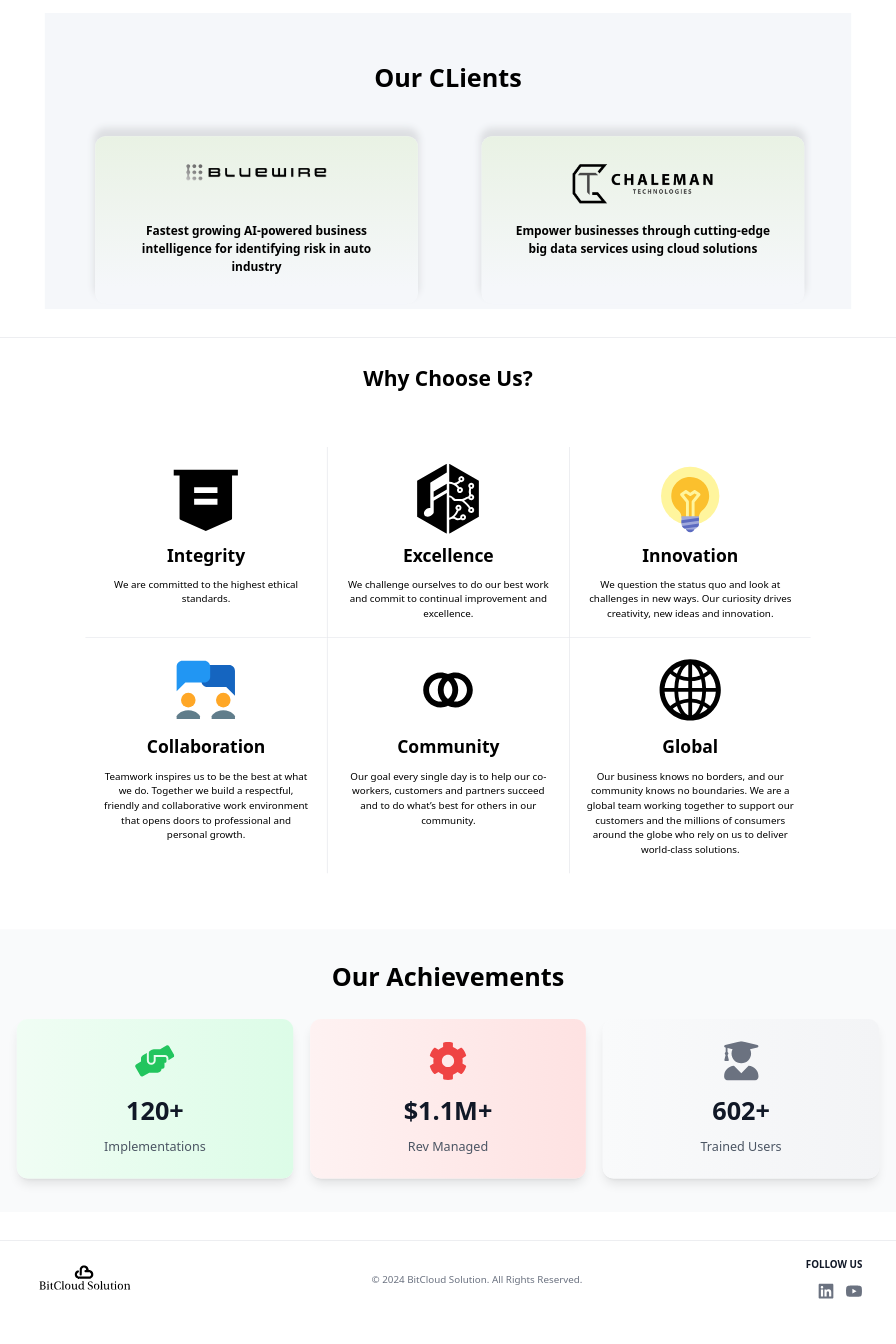
Repository: huzaifaBitCloud/BitCloud-website
Page: /
The author's editor kept a copy of each file at every save. The page is drawn from the files as they stood at one save, then again after the next save.
The browser window is 1280 px wide. The pictures show the part of the page from y = 822 to 2742 px (the page is 2742 px tall), at 70% of full size.
The project was rebuilt for these pictures with package versions that can differ from the ones it lists, and the page was loaded fresh each time. The framework's server and built-in components were replaced by stand-ins that run in the browser. Also part of the build but not shown: next.config.mjs.

Above is the page before, as saved 2025-01-09 17:10:05.

### src/app/page.tsx
import Layout from "@/components/Layout";
// import Hero from "@/components/Hero";
import OurClients from "@/components/OurClients";
import WhyUs from "@/components/WhyUs";
import Footer from "@/components/Footer";
import { ImageCarousel } from "@/components/ImageCarousel";
import Achievements from "@/components/Achievements";

export default function Home() {
  return (
    <Layout>
      <div className="">
        {/* <Hero
          imageUrl="https://static.zohocdn.com/sites/stock-images/images/zpstock-image-37.jpg"
        /> */}
        <ImageCarousel />
      </div>
      <div className="mt-10">
        <OurClients />
      </div>
      <div className="my-10 border-t">
        <WhyUs />
      </div>
      <div className="mt-10">
        <Achievements />
      </div>
      <div className="mt-10 mb-10">
        <Footer />
      </div>
    </Layout>
  );
}

### src/app/globals.css
@tailwind base;
@tailwind components;
@tailwind utilities;

.custom-cards-ourClient {
  box-shadow: 0px -10px 10px 2px rgba(221, 223, 226, 1);
  border-radius: 15px;
  background: linear-gradient(180deg, #e9f2e4 0%, #f5f7fa 90%);
}

:root {
  /* --color-primary: #e9f2e4;
    --color-secondary: #f5f7fa;
*/
  --h-100vh: 100vh;
}

/* ABout CSS */

.btn-about {
  display: inline-block;
  margin: 0 0.625rem;
  padding: 0.3125rem 1.25rem;
  border-radius: 1.25rem;
  background: transparent;
  border: solid 0.0625rem #fff;
  position: relative;
  z-index: 9;
}
.main-hero-about {
  clip-path: polygon(
    50% 0%,
    100% 0,
    100% 35%,
    100% 86%,
    49% 100%,
    0 85%,
    0% 35%,
    0 0
  );
}

/* Services */

.zoomIn {
  -webkit-animation-name: zoomIn;
  animation-name: zoomIn;
  -webkit-animation-duration: 1s;
  animation-duration: 1s;
  -webkit-animation-fill-mode: both;
  animation-fill-mode: both;
}
@-webkit-keyframes zoomIn {
  0% {
    opacity: 0;
    -webkit-transform: scale3d(0.3, 0.3, 0.3);
    transform: scale3d(0.3, 0.3, 0.3);
  }
  50% {
    opacity: 1;
  }
}
@keyframes zoomIn {
  0% {
    opacity: 0;
    -webkit-transform: scale3d(0.3, 0.3, 0.3);
    transform: scale3d(0.3, 0.3, 0.3);
  }
  50% {
    opacity: 1;
  }
}

.card-services {
  border-top: 10px solid transparent;
  transition: border-top-color 0.4s, box-shadow 0.4s;
}

.card-services:hover {
  border-top-color: #2563eb;
  box-shadow: 0px 0px 5px rgba(0, 0, 0, 0.75);
}


@media only screen and (max-width: 760px) {
  .main-hero-about {
    clip-path: polygon(
      50% 0%,
      100% 0,
      100% 35%,
      100% 92%,
      49% 100%,
      0 92%,
      0% 35%,
      0 0
    );
  }
  .main-hero-about {
    height: var(--h-100vh) !important;
  }
  .sub-hero-about {
    text-align: center !important;
    margin: 0 auto !important;
  }
  .mob-btn-about {
    justify-content: center;
  }
  .mob-nav-style{
    position: absolute;
    top: 76%;
    left: 0;
  }
}

### src/components/Layout.tsx
import React from "react";
import { Navbar } from "./Navbar";
// import Footer from "./Footer";

const Layout = ({children}: any) => {
  return (
    <div>
      <Navbar />
      <div className="">{children}</div>
      {/* <Footer /> */}
    </div>
  );
};

export default Layout;

### src/components/OurClients.tsx
import React from "react";

const OurClients = () => {
  const services = [
    {
      id: 1,
      description:
        "Fastest growing AI-powered business intelligence for identifying risk in auto industry",
      icon: "./images/Bluewire-Logo.png", // Use the actual icon component
    },
    {
      id: 2,
      description:
        "Empower businesses through cutting-edge big data services using cloud solutions",
      icon: "./images/chaleman.png",
    },
  ];

  return (
    <section id="services" className="xs:w-full sm:w-full lg:w-[90%] mx-auto my-5 bg-[#f5f7fa] px-4 py-2">
      {/* HEADER AND IMAGE SECTION */}
      <div className="mt-16">
        <div>
          <p className="font-playfair font-semibold text-4xl mb-5 text-center">
            Our <span className="text-yellow">CLients</span>
          </p>
        </div>
      </div>

      {/* SERVICES */}
      <div className="grid grid-cols-1 md:grid-cols-2 justify-around  mt-16 gap-10 md:ml-14">
        {services.map((service) => (
          <div
            key={service.id}
            className="relative text-center p-10 xs:w-full sm:w-full lg:w-[90%] custom-cards-ourClient"
          >
            <div className="z-10">
              <div className="w-full flex justify-center ">
                <div className="w-[200px] h-[70px]">
                  <img
                    src={service.icon}
                    alt="client-img"
                    className="object-contain"
                  />
                </div>
              </div>
              <p className="font-playfair font-semibold text-[17px] flex justify-center mt-3">
                {service.description}
              </p>
            </div>
          </div>
        ))}
      </div>
    </section>
  );
};

export default OurClients;

### src/components/WhyUs.tsx
import React from "react";
import { FcCollaboration } from "react-icons/fc";
import { CgCommunity } from "react-icons/cg";
import { AiOutlineGlobal } from "react-icons/ai";
import { FcIdea } from "react-icons/fc";
import { SiMusicbrainz } from "react-icons/si";
import { RiHonourFill } from "react-icons/ri";

const WhyUs = () => {
  const services = [
    {
      id: 1,
      name: "Integrity",
      description: "We are committed to the highest ethical standards.",
      icon: <RiHonourFill size={100} />,
    },
    {
      id: 2,
      name: "Excellence",
      description:
        "We challenge ourselves to do our best work and commit to continual improvement and excellence.",
      icon: <SiMusicbrainz size={100} />,
    },
    {
      id: 3,
      name: "Innovation",
      description:
        "We question the status quo and look at challenges in new ways. Our curiosity drives creativity, new ideas and innovation.",
      icon: <FcIdea size={100} />,
    },
    {
      id: 4,
      name: "Collaboration",
      description:
        "Teamwork inspires us to be the best at what we do. Together we build a respectful, friendly and collaborative work environment that opens doors to professional and personal growth.",
      icon: <FcCollaboration size={100} />,
    },
    {
      id: 5,
      name: "Community",
      description:
        "Our goal every single day is to help our co-workers, customers and partners succeed and to do what’s best for others in our community.",
      icon: <CgCommunity size={100} />,
    },
    {
      id: 6,
      name: "Global",
      description:
        "Our business knows no borders, and our community knows no boundaries. We are a global team working together to support our customers and the millions of consumers around the globe who rely on us to deliver world-class solutions.",
      icon: <AiOutlineGlobal size={100} />,
    },
  ];
  return (
    <div className="w-[90%] mx-auto">
         <h2 className="text-3xl font-bold text-center mt-10 mb-5">Why Choose Us?</h2>
      <div className="w-[90%] mx-auto mt-20 mb-20">
        <div className="grid grid-cols-1 md:grid-cols-2 lg:grid-cols-3">
          {services.map((service, index) => (
            <div
              key={service.id}
              className={`relative bg-white text-center ${
                index >= 0
                  ? index == 0 || index == 3
                    ? index == 3
                      ? ""
                      : "border-b"
                    : index > 3
                    ? "border-l"
                    : "border-l border-b"
                  : ""
              } hover:border-red p-6`}
            >
              <div className="z-10">
                <div className="w-full flex justify-center">{service.icon}</div>

                <h3 className="font-playfair font-semibold text-[25px] mt-3">
                  {service.name}
                </h3>
                <p className="font-playfair text-[14px] flex justify-center mt-3">
                  {service.description}
                </p>
              </div>
            </div>
          ))}
        </div>
      </div>
    </div>
  );
};

export default WhyUs;

### src/components/Footer.tsx
// import Link from "next/link";
// import { FaLinkedin, FaYoutube } from "react-icons/fa";

// const Footer = () => {
//   const currentYear = new Date().getFullYear(); // Get the current year dynamically

//   return (
//     <footer className="bg-white dark:bg-gray-900 border-t w-full">
//       <div className="container mx-auto px-4 py-6">
//         <div className="flex flex-col md:flex-row md:items-center md:justify-between">
//           {/* Logo Section */}
//           <div className="flex items-center mb-4 md:mb-0 py-6">
//             <img
//               src="/images/logo.svg"
//               alt="BitCloud Logo"
//               className="h-14 mr-3 md:ml-4"
//             />
//           </div>

//           {/* Rights Section */}
//           <div className="text-center mb-4 md:mb-0">
//             <span className="text-sm text-gray-500 dark:text-gray-400">
//               © {currentYear}{" "}
//               <Link
//                 href="https://bitcloudsolution.com/"
//                 className="hover:underline"
//               >
//                 BitCloud Solution
//               </Link>
//               . All Rights Reserved.
//             </span>
//           </div>

//           {/* Follow Us Section */}
//           <div className="flex flex-col items-center md:items-end">
//             <h2 className="mb-4 text-sm font-semibold text-gray-900 uppercase dark:text-white">
//               Follow Us
//             </h2>
//             <div className="flex space-x-4">
//               <Link
//                 href="https://www.linkedin.com/company/bitcloud-solution-software/"
//                 aria-label="LinkedIn"
//                 className="text-gray-500 hover:text-blue-600 dark:hover:text-blue-400"
//               >
//                 <FaLinkedin className="w-6 h-6" />
//               </Link>
//               <Link
//                 href="http://www.youtube.com/@BitCloudSolution"
//                 aria-label="YouTube"
//                 className="text-gray-500 hover:text-red-600 dark:hover:text-red-400"
//               >
//                 <FaYoutube className="w-6 h-6" />
//               </Link>
//             </div>
//           </div>
//         </div>
//       </div>
//     </footer>
//   );
// };

// export default Footer;

import Link from "next/link";
import { FaLinkedin, FaYoutube } from "react-icons/fa";

const Footer = () => {
  const currentYear = new Date().getFullYear(); // Get the current year dynamically

  return (
    <footer className="bg-white dark:bg-gray-900 border-t w-full">
      <div className="container mx-auto px-6 py-6">
        <div className="flex flex-col items-center md:flex-row md:justify-between">
          {/* Logo Section */}
          <div className="flex items-center mb-4 md:mb-0 md:ml-6">
            <Link href='/'>
            <img
              src="/images/logo.svg"
              alt="BitCloud Logo"
              className="h-14 mr-3"
            />
            </Link>
          </div>

          {/* Rights Section */}
          <div className="text-center mb-4 md:mb-0">
            <span className="text-sm text-gray-500 dark:text-gray-400">
              © {currentYear}{" "}
              <Link
                href="https://bitcloudsolution.com/"
                className="hover:underline"
              >
                BitCloud Solution
              </Link>
              . All Rights Reserved.
            </span>
          </div>

          {/* Follow Us Section */}
          <div className="flex flex-col items-center md:items-end md:mr-6">
            <h2 className="mb-4 text-sm font-semibold text-gray-900 uppercase dark:text-white">
              Follow Us
            </h2>
            <div className="flex space-x-4">
              <Link
                href="https://www.linkedin.com/company/bitcloud-solution-software/"
                aria-label="LinkedIn"
                className="text-gray-500 hover:text-blue-600 dark:hover:text-blue-400"
              >
                <FaLinkedin className="w-6 h-6" />
              </Link>
              <Link
                href="http://www.youtube.com/@BitCloudSolution"
                aria-label="YouTube"
                className="text-gray-500 hover:text-red-600 dark:hover:text-red-400"
              >
                <FaYoutube className="w-6 h-6" />
              </Link>
            </div>
          </div>
        </div>
      </div>
    </footer>
  );
};

export default Footer;

### src/components/ImageCarousel.tsx
"use client"

import React from 'react';
import { Galleria } from 'primereact/galleria';
import "../components/styling/ImageCarousel.css"


const images = [
  {
    itemImageSrc: "/images/contact-image.jpeg",
    title: 'Welcome to BitCloud Solutions!',
    alt: 'Image 1',
  },
  {
    itemImageSrc: "/images/web-developer.jpg",
    title: 'Welcome to BitCloud Solutions!',
    alt: 'Image 2'
  },
  {
    itemImageSrc: "/images/image1.jpg",
    title: 'Welcome to BitCloud Solutions!',
    alt: 'Image 3'
  }
];

const itemTemplate = (item) => {
  return (
    <div className="image-container" style={{ width: '100%', textAlign: 'center' }}>
      <img src={item.itemImageSrc} alt={item.alt} style={{ width: '100%', display: 'block' }} />

      <div key={`${item.itemImageSrc}-heading`} className="carousel-text-heading">
        {item.title}
      </div>
      <div key={`${item.itemImageSrc}-paragraph`} className="carousel-text-paragraph">
       We Provide all Zoho services like Zoho CRM, Zoho Books, Zoho Projects and many more!!!
      </div>
    </div>
  );
}

export const ImageCarousel = () => {
  return (
    <div className="card" style={{ width: '100%', height: '100%', margin: '0 auto', position: "relative" }}>
      <Galleria
        value={images}
        numVisible={5}
        circular
        responsiveOptions={[
          {
            breakpoint: '1024px',
            numVisible: 3
          },
          {
            breakpoint: '768px',
            numVisible: 2
          },
          {
            breakpoint: '560px',
            numVisible: 1
          }
        ]}
        showThumbnails={false}
        showIndicators
        // showItemNavigators
        item={itemTemplate}
        autoPlay={true}
        transitionOptions={{ easing: 'ease-in-out', duration: 1000 }}
      />
    </div>
  );
}

### src/components/Achievements.tsx
import { FaHandsHelping, FaCog, FaUserGraduate } from "react-icons/fa";

const Achievements = () => {
  return (
    <section className="bg-gray-50 py-12">
      <div className="container mx-auto px-6">
        {/* Title */}
        {/* <div className="mt-16">
          <div>
            <p className="font-playfair font-semibold text-4xl mb-5 text-center">
              Our <span className="text-yellow">Achievements</span>
            </p>
          </div>
        </div> */}
        <h2 className="text-4xl font-bold text-center text-black mb-10">
          Our Achievements
        </h2>

        {/* Achievements Grid */}
        <div className="grid grid-cols-1 md:grid-cols-3 gap-6">
          {/* Card 1 */}
          <div className="bg-gradient-to-r from-green-50 to-green-100 p-8 rounded-2xl shadow-lg text-center transform transition duration-700 hover:-translate-y-3">
            <div className="flex justify-center items-center mb-6">
              <FaHandsHelping className="w-14 h-14 text-green-500" />
            </div>
            <h3 className="text-4xl font-bold text-gray-900">120+</h3>
            <p className="text-gray-600 mt-4 text-lg">Implementations</p>
          </div>

          {/* Card 2 */}
          <div className="bg-gradient-to-r from-red-50 to-red-100 p-8 rounded-2xl shadow-lg text-center transform transition duration-700 hover:-translate-y-3">
            <div className="flex justify-center items-center mb-6">
              <FaCog className="w-14 h-14 text-red-500" />
            </div>
            <h3 className="text-4xl font-bold text-gray-900">$1.1M+</h3>
            <p className="text-gray-600 mt-4 text-lg">Rev Managed</p>
          </div>

          {/* Card 3 */}
          <div className="bg-gradient-to-r from-gray-50 to-gray-100 p-8 rounded-2xl shadow-lg text-center transform transition duration-700 hover:-translate-y-3">
            <div className="flex justify-center items-center mb-6">
              <FaUserGraduate className="w-14 h-14 text-gray-500" />
            </div>
            <h3 className="text-4xl font-bold text-gray-900">602+</h3>
            <p className="text-gray-600 mt-4 text-lg">Trained Users</p>
          </div>
        </div>
      </div>
    </section>
  );
};

export default Achievements;

### src/components/styling/ImageCarousel.css

img {
    max-height: 45rem;
    object-fit: cover;
  }

  .p-galleria-item-next.p-galleria-item-nav.p-link,
  .p-galleria-item-prev.p-galleria-item-nav.p-link {
    transform: translateY(-45%);
    background-color: #34291b;
    border-radius: 24px;
    width: 2.5rem;
    height: 2.5rem;
  }

  .p-galleria-item-prev.p-galleria-item-nav.p-link {
    z-index: 1;
    margin-left: 1.5rem;
  }

  .p-galleria-item-next.p-galleria-item-nav.p-link {
    margin-right: 1.5rem;
  }

  .p-galleria-item-prev.p-galleria-item-nav.p-link:hover,
  .p-galleria-item-next.p-galleria-item-nav.p-link:hover {
    background-color: #252728;
  }

  .p-icon.p-galleria-item-prev-icon,
  .p-icon.p-galleria-item-next-icon {
    color: white;
    width: 18px;
    height: 18px;
    stroke: white;
    stroke-width: 2;
  }

  .carousel-text-heading {
    width: 50%;
    position: absolute;
    top: 55%;
    left: 50%;
    transform: translate(-50%, -50%);
    color: white;
    border-radius: 10px;
    font-size: 3.2rem;
    font-weight: bold;
    text-align: center;
    animation: slideFromY 1s ease-in-out forwards;
  }

  .carousel-text-paragraph {
    width: 50%;
    position: absolute;
    top: 73%;
    left: 50%;
    transform: translate(-50%, -50%);
    color: white;
    border-radius: 10px;
    font-size: 1rem;
    text-align: center;
    animation: slideFromY 1.5s ease-in-out forwards;
  }
  @keyframes slideFromY {
    0% {
      opacity: 0;
      transform: translate(-100%, -50%);
    }
    100% {
      opacity: 1;
      transform: translate(-50%, -50%);
    }
  }

  @media (max-width: 1024px) and (min-width: 769px) {
    .carousel-text-heading {
      width: 65%;
      font-size: 2.5rem;
    }

    .carousel-text-paragraph {
      width: 60%;
      font-size: 0.9rem;
    }
  }

  @media (max-width: 768px) and (min-width: 561px) {
    .carousel-text-heading {
      font-size: 1.5rem;
      width: 65%;
    }

    .carousel-text-paragraph {
      font-size: 0.6rem;
      width: 60%;
    }
  }

  @media (max-width: 560px) {
    .carousel-text-heading {
      font-size: 1rem;
      width: 65%;
    }

    .carousel-text-paragraph {
      font-size: 0.5rem;
      width: 60%;
    }
  }
  ul.p-galleria-indicators.p-reset {
    position: absolute;
    bottom: 0;
    left: 50%;
    transform: translateX(-50%);
}
  .p-galleria-indicators .p-galleria-indicator button {
    width: 40px;
    height: 15px;
    background-color: white; /* Non-active indicators */
    border-radius: 5px;
    margin: 0 4px;
    transition: background-color 0.3s ease;
    position: relative;
}

.p-galleria-indicators .p-galleria-indicator.p-highlight button {
    background-color: #add8e6;
}

.p-galleria-indicators .p-galleria-indicator button:hover {
    background-color: #ffffff;
}

Loaded but not shown: src/app/layout.tsx (common file); tailwind.config.ts (common file); src/components/Navbar.tsx (127 lines, source omitted)

After the next save:
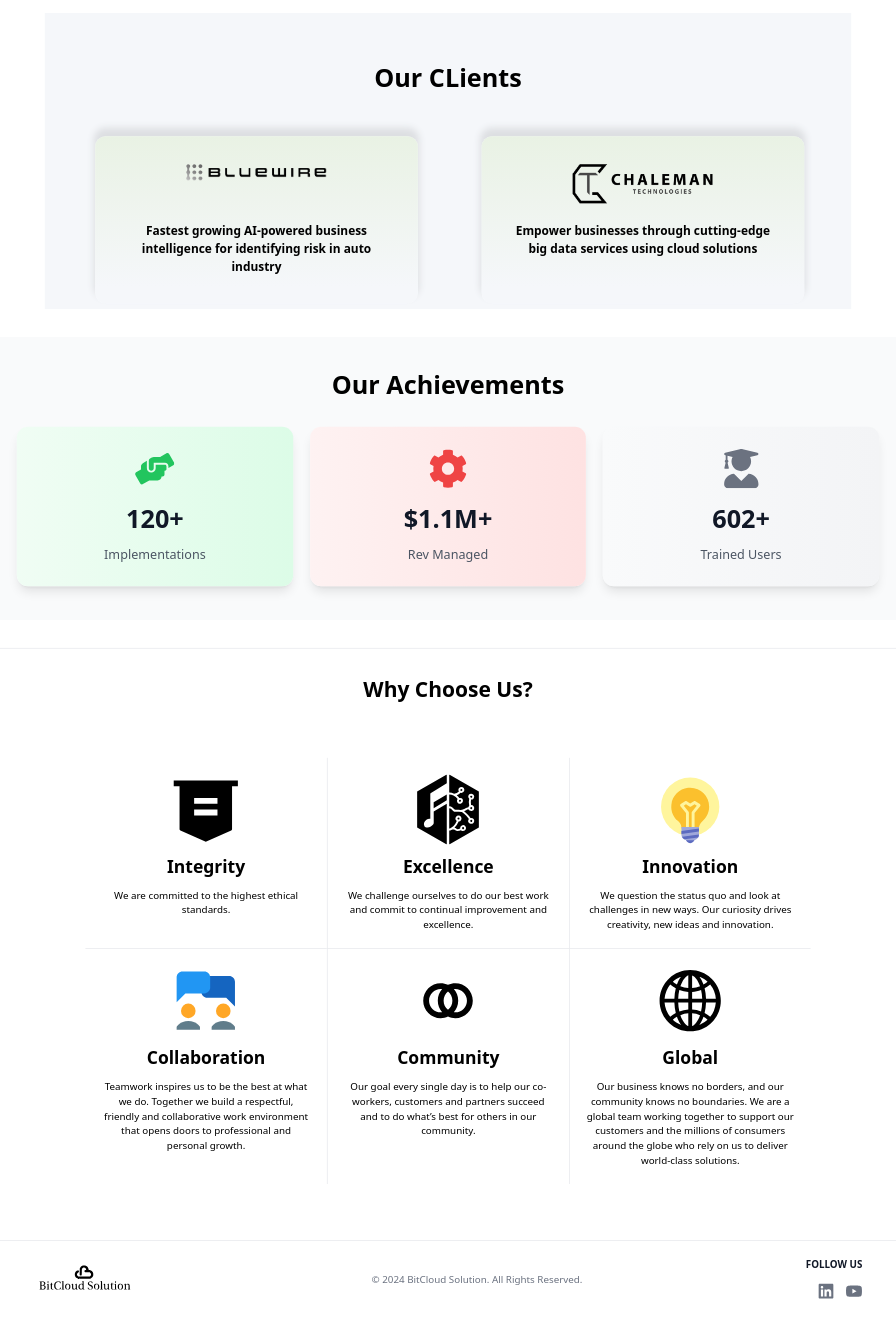
Saved 97 s later.
--- a/src/app/page.tsx
+++ b/src/app/page.tsx
@@ -18,12 +18,13 @@
       <div className="mt-10">
         <OurClients />
       </div>
+      <div className="mt-10">
+        <Achievements />
+      </div>
       <div className="my-10 border-t">
         <WhyUs />
       </div>
-      <div className="mt-10">
-        <Achievements />
-      </div>
+
       <div className="mt-10 mb-10">
         <Footer />
       </div>
